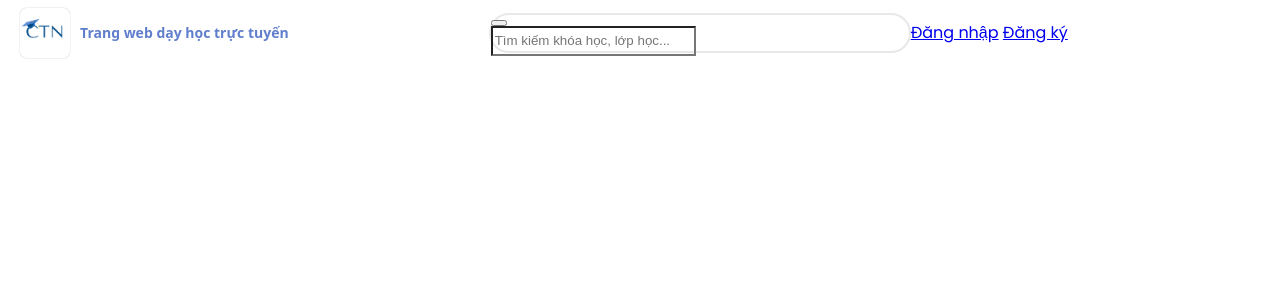
Repository: Nieday306/shophoaqua
Page: index.html
An editor plug-in stored every save of this project. The page is shown before and after the next save, followed by the edit.
The browser window is 1280 px wide. The pictures show the whole page.

Above is the page before, as saved 2024-04-07 09:22:54.

### index.html
<!DOCTYPE html>
<html lang="en">
  <head>
    <meta charset="UTF-8" />
    <meta name="viewport" content="width=device-width, initial-scale=1.0" />
    <!-- reset css -->
    <link rel="stylesheet" href="./assets/css/reset.css" />
    <!-- style css -->
    <link rel="stylesheet" href="./assets/css/style.css" />
    <!-- font  -->
    <link rel="stylesheet" href="./assets/font/stylesheet.css" />
    <title>CTN - Ứng dụng học lập trình trực tuyến</title>
    <!-- favicon -->
    <link
      rel="apple-touch-icon"
      sizes="57x57"
      href="./assets/Favicon/apple-icon-57x57.png"
    />
    <link
      rel="apple-touch-icon"
      sizes="60x60"
      href="./assets/Favicon/apple-icon-60x60.png"
    />
    <link
      rel="apple-touch-icon"
      sizes="72x72"
      href="./assets/Favicon/apple-icon-72x72.png"
    />
    <link
      rel="apple-touch-icon"
      sizes="76x76"
      href="./assets/Favicon/apple-icon-76x76.png"
    />
    <link
      rel="apple-touch-icon"
      sizes="114x114"
      href="./assets/Favicon/apple-icon-114x114.png"
    />
    <link
      rel="apple-touch-icon"
      sizes="120x120"
      href="./assets/Favicon/apple-icon-120x120.png"
    />
    <link
      rel="apple-touch-icon"
      sizes="144x144"
      href="./assets/Favicon/apple-icon-144x144.png"
    />
    <link
      rel="apple-touch-icon"
      sizes="152x152"
      href="./assets/Favicon/apple-icon-152x152.png"
    />
    <link
      rel="apple-touch-icon"
      sizes="180x180"
      href="./assets/Favicon/apple-icon-180x180.png"
    />
    <link
      rel="icon"
      type="image/png"
      sizes="192x192"
      href="./assets/Favicon/android-icon-192x192.png"
    />
    <link
      rel="icon"
      type="image/png"
      sizes="32x32"
      href="./assets/Favicon/favicon-32x32.png"
    />
    <link
      rel="icon"
      type="image/png"
      sizes="96x96"
      href="./assets/Favicon/favicon-96x96.png"
    />
    <link
      rel="icon"
      type="image/png"
      sizes="16x16"
      href="./assets/Favicon/favicon-16x16.png"
    />
    <link rel="manifest" href="./assets/Favicon/manifest.json" />
    <meta name="msapplication-TileColor" content="#ffffff" />
    <meta
      name="msapplication-TileImage"
      content="./assets/Favicon/ms-icon-144x144.png"
    />
    <meta name="theme-color" content="#ffffff" />
  </head>
  <body>
    <!-- header -->
    <header>
      <div id="header">
        <div class="container">
          <div class="header-top">
            <div class="logo">
              <img class="logo-img" src="./assets/img/logo.png" alt="CTN" />
              <span class="logo-desc">Trang web dạy học trực tuyến</span>
            </div>
            <form action="" class="search" method="post">
              <div class="search__form-group">
                <button type="submit"></button>
                <input
                  class="search__txt"
                  type="search"
                  name="search"
                  id="search"
                  placeholder="Tìm kiếm khóa học, lớp học..."
                />
              </div>
            </form>
            <div class="header__log">
              <a href="./login.html" class="btn header__login">Đăng nhập</a>
              <a href="#!" class="btn header__register">Đăng ký</a>
            </div>
          </div>
        </div>
      </div>
    </header>
    <!-- main -->
    <main></main>
    <!-- footer -->
    <footer></footer>
  </body>
</html>

### assets/css/style.css
:root {
  --primary-color: #607ecc;
  --font-secondary: system-ui, -apple-system, BlinkMacSystemFont, "Segoe UI",
    Roboto, Oxygen, Ubuntu, Cantarell, "Open Sans", "Helvetica Neue", sans-serif;
}
* {
  box-sizing: border-box;
}

html,
body {
  scroll-behavior: smooth;
}

html {
  font-size: 62.5%;
}

body {
  font-size: 1.6rem;
  font-family: "Poppins", sans-serif;
  margin: 0px auto;
}

/*================== common =========================*/

/* =======================header==================== */

.header-top {
  height: 65px;
  background-color: #fff;
  display: flex;
  align-items: center;
  /* justify-content: space-between; */
}

.logo {
  display: flex;
  align-items: center;
  gap: 0 10px;
  margin-left: 20px;
}

.logo-img {
  width: 50px;
  height: 50px;
  object-fit: cover;
  border-radius: 7px;
  box-shadow: 0px 0px 1px rgb(3, 3, 3, 0.5);
}

.logo-desc {
  font-family: var(--font-secondary);
  font-size: 1.4rem;
  color: var(--primary-color);
  font-weight: 700;
}

.search {
  margin-left: 200px;
  height: 40px;
  width: 422px;
  border: 2px solid #e8e8e8;
  border-radius: 999px;
  transition: border 0.5s ease;
  display: flex;
  align-items: center;
}

.search:focus-within {
  border-color: #ccc;
}

.search__txt {
  height: 30px;
  background-color: transparent;
  line-height: 40px;
  width: 100%;
  outline: none;
  /* border: none; */
  flex: 1;
}

### assets/font/stylesheet.css
@font-face {
    font-family: 'Poppins';
    src: url('Poppins-Black.woff2') format('woff2'),
        url('Poppins-Black.woff') format('woff');
    font-weight: 900;
    font-style: normal;
    font-display: swap;
}

@font-face {
    font-family: 'Poppins';
    src: url('Poppins-Bold.woff2') format('woff2'),
        url('Poppins-Bold.woff') format('woff');
    font-weight: bold;
    font-style: normal;
    font-display: swap;
}

@font-face {
    font-family: 'Poppins';
    src: url('Poppins-BlackItalic.woff2') format('woff2'),
        url('Poppins-BlackItalic.woff') format('woff');
    font-weight: 900;
    font-style: italic;
    font-display: swap;
}

@font-face {
    font-family: 'Poppins';
    src: url('Poppins-BoldItalic.woff2') format('woff2'),
        url('Poppins-BoldItalic.woff') format('woff');
    font-weight: bold;
    font-style: italic;
    font-display: swap;
}

@font-face {
    font-family: 'Poppins';
    src: url('Poppins-ExtraLightItalic.woff2') format('woff2'),
        url('Poppins-ExtraLightItalic.woff') format('woff');
    font-weight: 200;
    font-style: italic;
    font-display: swap;
}

@font-face {
    font-family: 'Poppins';
    src: url('Poppins-ExtraBoldItalic.woff2') format('woff2'),
        url('Poppins-ExtraBoldItalic.woff') format('woff');
    font-weight: bold;
    font-style: italic;
    font-display: swap;
}

@font-face {
    font-family: 'Poppins';
    src: url('Poppins-ExtraBold.woff2') format('woff2'),
        url('Poppins-ExtraBold.woff') format('woff');
    font-weight: bold;
    font-style: normal;
    font-display: swap;
}

@font-face {
    font-family: 'Poppins';
    src: url('Poppins-Italic.woff2') format('woff2'),
        url('Poppins-Italic.woff') format('woff');
    font-weight: normal;
    font-style: italic;
    font-display: swap;
}

@font-face {
    font-family: 'Poppins';
    src: url('Poppins-ExtraLight.woff2') format('woff2'),
        url('Poppins-ExtraLight.woff') format('woff');
    font-weight: 200;
    font-style: normal;
    font-display: swap;
}

@font-face {
    font-family: 'Poppins';
    src: url('Poppins-Regular.woff2') format('woff2'),
        url('Poppins-Regular.woff') format('woff');
    font-weight: normal;
    font-style: normal;
    font-display: swap;
}

@font-face {
    font-family: 'Poppins';
    src: url('Poppins-LightItalic.woff2') format('woff2'),
        url('Poppins-LightItalic.woff') format('woff');
    font-weight: 300;
    font-style: italic;
    font-display: swap;
}

@font-face {
    font-family: 'Poppins';
    src: url('Poppins-SemiBold.woff2') format('woff2'),
        url('Poppins-SemiBold.woff') format('woff');
    font-weight: 600;
    font-style: normal;
    font-display: swap;
}

@font-face {
    font-family: 'Poppins';
    src: url('Poppins-Light.woff2') format('woff2'),
        url('Poppins-Light.woff') format('woff');
    font-weight: 300;
    font-style: normal;
    font-display: swap;
}

@font-face {
    font-family: 'Poppins';
    src: url('Poppins-Medium.woff2') format('woff2'),
        url('Poppins-Medium.woff') format('woff');
    font-weight: 500;
    font-style: normal;
    font-display: swap;
}

@font-face {
    font-family: 'Poppins';
    src: url('Poppins-MediumItalic.woff2') format('woff2'),
        url('Poppins-MediumItalic.woff') format('woff');
    font-weight: 500;
    font-style: italic;
    font-display: swap;
}

@font-face {
    font-family: 'Poppins';
    src: url('Poppins-Thin.woff2') format('woff2'),
        url('Poppins-Thin.woff') format('woff');
    font-weight: 100;
    font-style: normal;
    font-display: swap;
}

@font-face {
    font-family: 'Poppins';
    src: url('Poppins-ThinItalic.woff2') format('woff2'),
        url('Poppins-ThinItalic.woff') format('woff');
    font-weight: 100;
    font-style: italic;
    font-display: swap;
}

@font-face {
    font-family: 'Poppins';
    src: url('Poppins-SemiBoldItalic.woff2') format('woff2'),
        url('Poppins-SemiBoldItalic.woff') format('woff');
    font-weight: 600;
    font-style: italic;
    font-display: swap;
}

Loaded but not shown: assets/css/reset.css (common file)

After the next save:
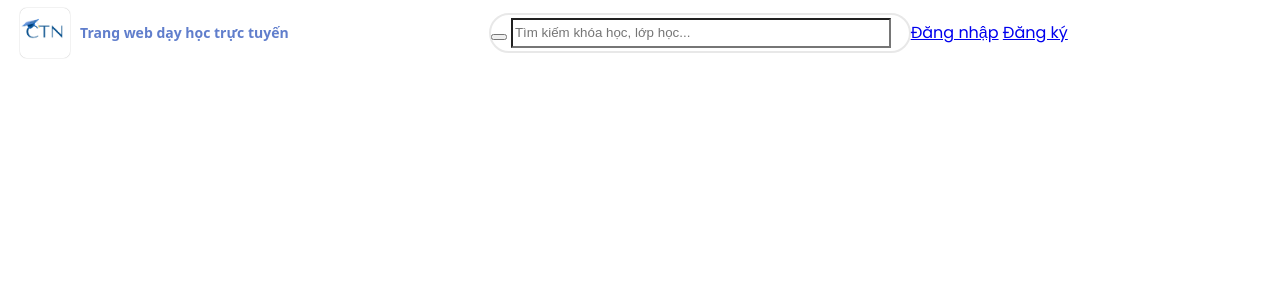
Saved 13 s later.
--- a/assets/css/style.css
+++ b/assets/css/style.css
@@ -75,7 +75,7 @@ body {
   height: 30px;
   background-color: transparent;
   line-height: 40px;
-  width: 100%;
+  width: 380px;
   outline: none;
   /* border: none; */
   flex: 1;
